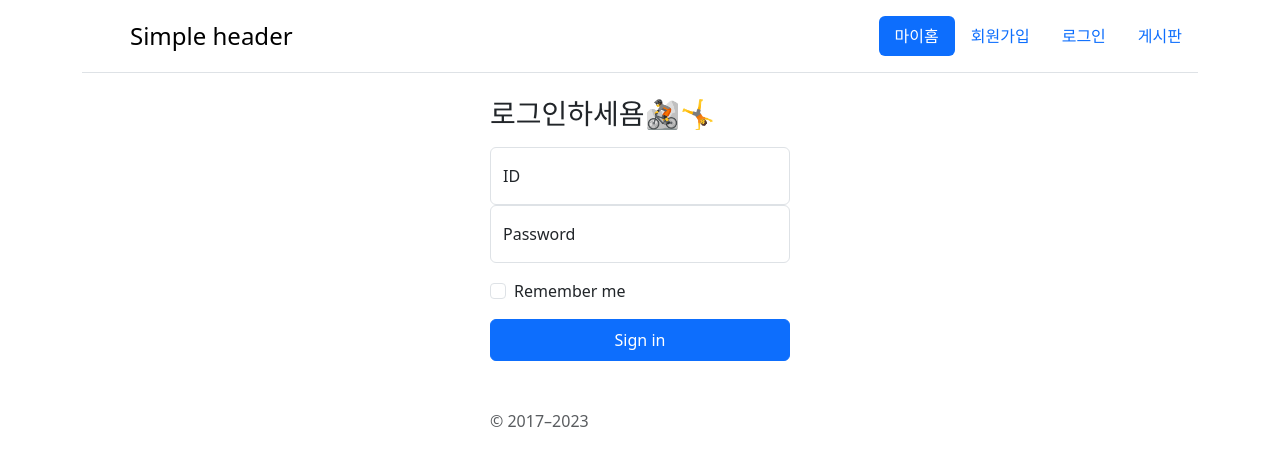
Repository: 2JISUN/hta-lecture-basic
Page: http://localhost/jsp04/member/login.jsp
These files come from the project's save history. The page is drawn as it stood at one moment and after the next save; the edit follows.
The browser window is 1280 px wide. The pictures show the whole page.
The page is served by Tomcat 10.

Above is the page before, as saved 2023-09-19 01:37:59.

After the next save:
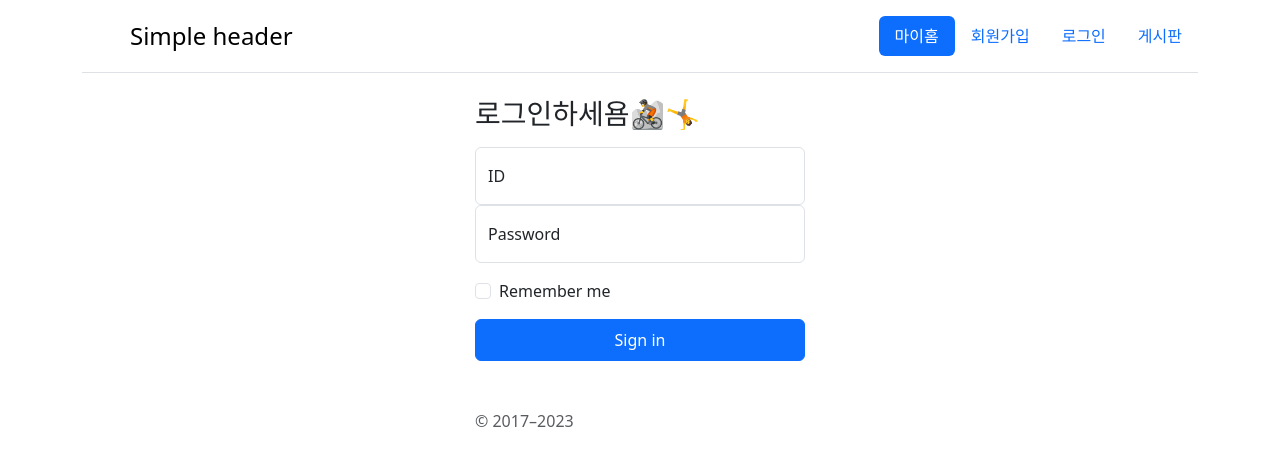
Saved 108 s later.
--- a/jsp-lecture/jsp04/src/main/webapp/css/form.css
+++ b/jsp-lecture/jsp04/src/main/webapp/css/form.css
@@ -1,4 +1,4 @@
 @charset "UTF-8";
 .form-signin{
-	max-width: 300px;
+	max-width: 330px;
 }
